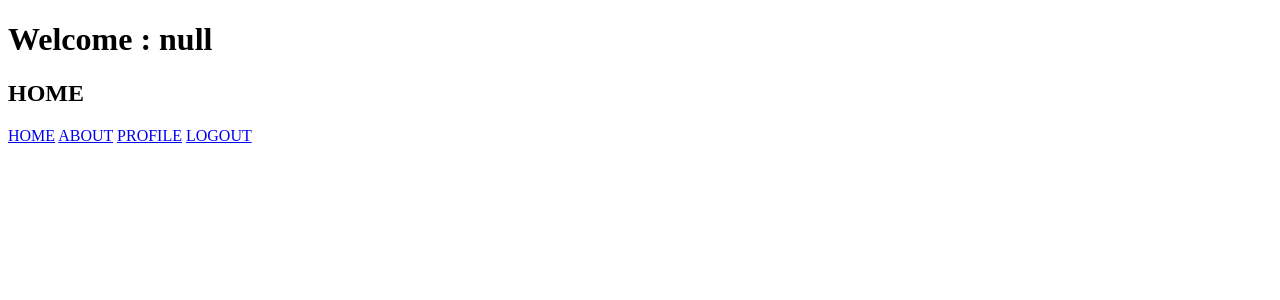
Repository: sarcasticbhuvie/ServletJSP
Page: http://localhost/03-HttpSessoin/index.jsp
These files come from the project's save history. The page is drawn as it stood at one moment and after the next save; the edit follows.
The browser window is 1280 px wide. The pictures show the whole page.
The page is served by Tomcat 10.

Above is the page before, as saved 2024-01-02 14:14:27.

After the next save:
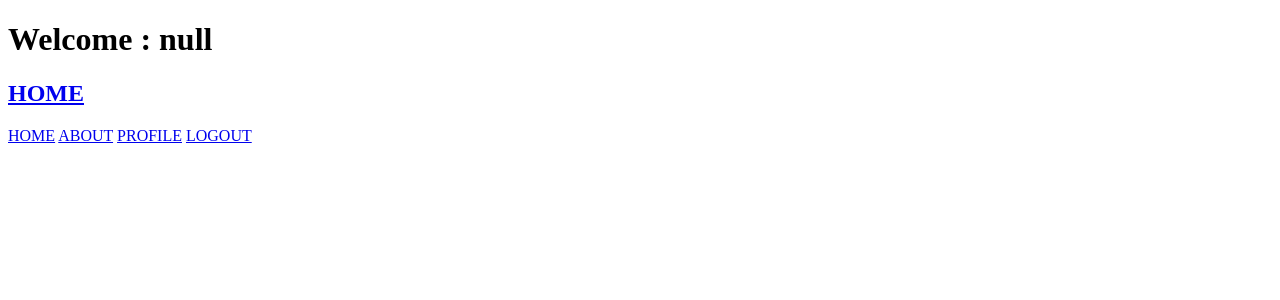
Saved 42 s later.
--- a/03-HttpSessoin/src/main/webapp/index.jsp
+++ b/03-HttpSessoin/src/main/webapp/index.jsp
@@ -11,7 +11,7 @@
 	String name = (String) session.getAttribute("name");
 %>
 	<h1>Welcome : <%= name %></h1>
-	<h2>HOME</h2>
+	<h2><a href="index.jsp">HOME</a></h2>
 	<span><a href="index.jsp">HOME</a></span>
 	<span><a href="about.jsp">ABOUT</a></span>
 	<span><a href="profile.jsp">PROFILE</a></span>
